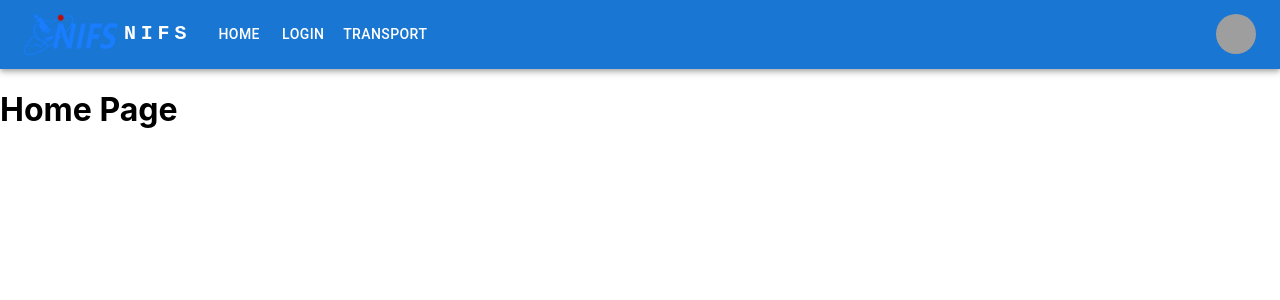
Repository: Ravindu97/NIFS_WebApplication
Page: / (app in client/)
These files come from the project's save history. The page is drawn as it stood at one moment and after the next save; the edit follows.
The browser window is 1280 px wide. The pictures show the whole page.
Pictures or frames that could not be fetched are drawn as grey boxes. The project was rebuilt for these pictures with package versions that can differ from the ones it lists, and the page was loaded fresh each time. Also part of the build but not shown: client/src/pages/Login.js, client/src/pages/TransportMainPage.js.

Above is the page before, as saved 2022-06-30 18:47:23.

After the next save:
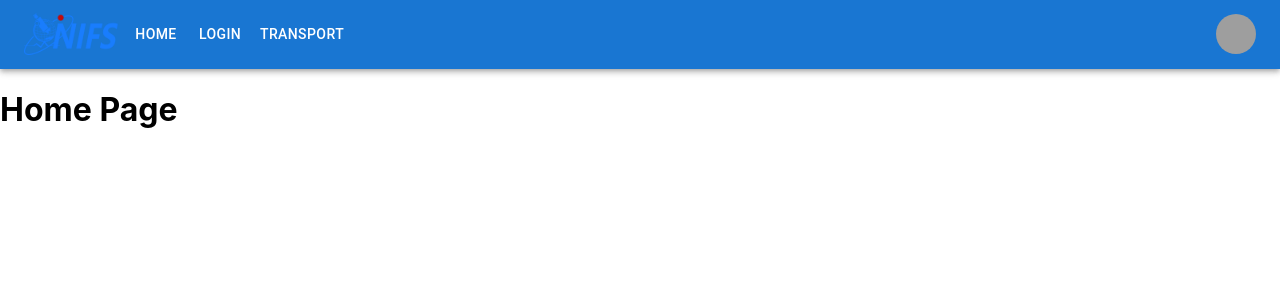
Saved 9 s later.
--- a/client/src/components/Navbar.js
+++ b/client/src/components/Navbar.js
@@ -59,23 +59,6 @@ const Navbar = () => {
 				<Toolbar disableGutters>
 					{/* <AdbIcon sx={{ display: { xs: 'none', md: 'flex' }, mr: 1 }} /> */}
 					<img src={Logo} alt="logo" className="nav-logo" />
-					<Typography
-						variant="h6"
-						noWrap
-						component="a"
-						href="/"
-						sx={{
-							mr: 2,
-							display: { xs: 'none', md: 'flex' },
-							fontFamily: 'monospace',
-							fontWeight: 700,
-							letterSpacing: '.3rem',
-							color: 'inherit',
-							textDecoration: 'none',
-						}}
-					>
-						NIFS
-					</Typography>
 
 					<Box sx={{ flexGrow: 1, display: { xs: 'flex', md: 'none' } }}>
 						<IconButton
